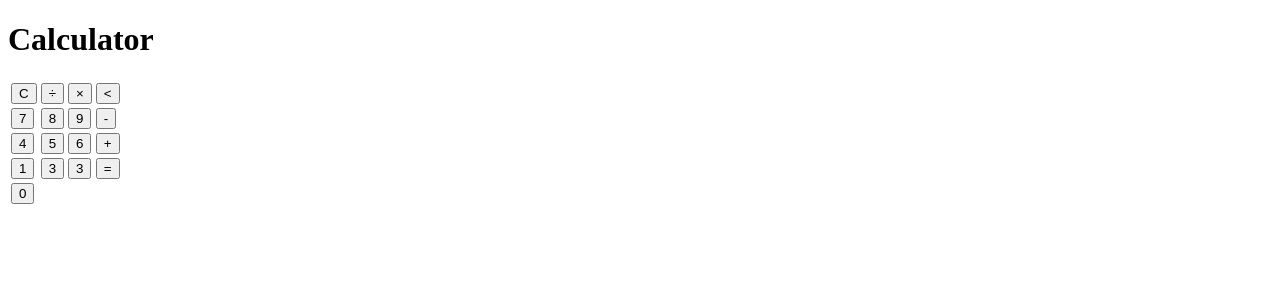
Repository: akhiranandan-04/Calculator
Page: index.html
The author's editor kept a copy of each file at every save. The page is drawn from the files as they stood at one save, then again after the next save.
The browser window is 1280 px wide. The pictures show the whole page.

Above is the page before, as saved 2024-10-06 13:31:13.

### index.html
<!DOCTYPE html>
<html lang="en">
<head>
    <meta charset="UTF-8">
    <meta name="viewport" content="width=device-width, initial-scale=1.0">
    <title>Calculator</title>
    <link rel="stylesheet" href="style.css">
</head>
<body>

    <div class="container">
        <div class="calculater dark">
            <div class="theme-toggler active">
                <i class="toggler-icon"></i>
            </div>
            <div class="display-screen">
                <div id="display"><h1>Calculator</h1></div>
            </div>
            <div class="buttons">
                <table>
                    <tr>
                        <td><button class="btn-operater" id="clear">C</button></td>
                        <td><button class="btn-operater" id="/">&divide;</button></td>
                        <td><button class="btn-operater" id="*">&times;</button></td>
                        <td><button class="btn-operater" id="backspace"><</button></td>
                    </tr>
                    <tr>
                        <td><button class="btn-num" id="7">7</button></td>
                        <td><button class="btn-num" id="8">8</button></td>
                        <td><button class="btn-num" id="9">9</button></td>
                        <td><button class="btn-operater" id="-">-</button></td>
                    </tr>
                    <tr>
                        <td><button class="btn-num" id="4">4</button></td>
                        <td><button class="btn-num" id="5">5</button></td>
                        <td><button class="btn-num" id="6">6</button></td>
                        <td><button class="btn-operater" id="+">+</button></td>
                    </tr>
                    <tr>
                        <td><button class="btn-num" id="1">1</button></td>
                        <td><button class="btn-num" id="2">3</button></td>
                        <td><button class="btn-num" id="3">3</button></td>
                        <td><button class="btn-equal" id="equal">=</button></td>
                    </tr>
                    <tr>
                        <td><button class="btn-num" id="0">0</button></td>

                    </tr>
                </table>
            </div>
        </div>
    </div>

    <script src="script.js"></script>

</body>
</html>

### script.js
const screen = document.getElementById('screen');
let expression = '';
let resultDisplayed = false;

// Function to update the screen
const updateScreen = (content) => {
    screen.innerText = content;
};

// Event listener for all number and operator buttons
document.querySelectorAll('.btn').forEach(button => {
    button.addEventListener('click', (e) => {
        const value = e.target.dataset.value;

        // Preventing multiple operators being pressed in a row
        if (resultDisplayed && !isNaN(value)) {
            expression = value;  // Reset expression after result is displayed
            resultDisplayed = false;
        } else {
            const lastChar = expression.slice(-1);

            // Check if the last character is an operator
            if (isNaN(lastChar) && isNaN(value) && value !== '.') {
                // Prevent entering two operators in a row
                return;
            }

            expression += value;
        }

        updateScreen(expression || '0');  // Display expression or 0 if empty
    });
});

// Event listener for the equal button
document.getElementById('equal').addEventListener('click', () => {
    try {
        // Replace custom operators with valid ones for evaluation
        let sanitizedExpression = expression.replace('÷', '/').replace('×', '*');

        // Evaluate the expression
        let result = eval(sanitizedExpression);

        if (isNaN(result) || !isFinite(result)) {
            throw new Error("Invalid calculation");
        }

        expression = result.toString();
        updateScreen(expression);
        resultDisplayed = true;  // Set flag to reset after displaying result
    } catch (error) {
        updateScreen('Error');
        expression = '';
    }
});

// Event listener for the clear button
document.getElementById('clear').addEventListener('click', () => {
    expression = '';
    updateScreen('0');
});

Loaded but not shown: style.css (no stored copy; drawn as an empty file)

After the next save:
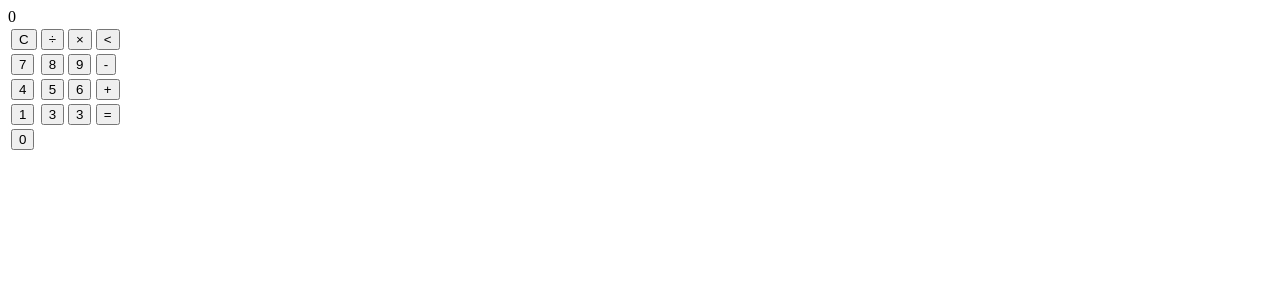
Saved 3 days later.
--- a/script.js
+++ b/script.js
@@ -1,61 +1,49 @@
-const screen = document.getElementById('screen');
-let expression = '';
-let resultDisplayed = false;
+// Get all necessary elements
+const display = document.getElementById('display');
+const clear = document.getElementById('clear');
+const backspace = document.getElementById('backspace');
+const equal = document.getElementById('equal');
+const buttons = document.querySelectorAll('.btn-num, .btn-operater');
 
-// Function to update the screen
-const updateScreen = (content) => {
-    screen.innerText = content;
-};
+let currentInput = '';
 
-// Event listener for all number and operator buttons
-document.querySelectorAll('.btn').forEach(button => {
-    button.addEventListener('click', (e) => {
-        const value = e.target.dataset.value;
+// Function to update the display screen
+function updateDisplay() {
+    display.innerHTML = currentInput || '0';
+}
 
-        // Preventing multiple operators being pressed in a row
-        if (resultDisplayed && !isNaN(value)) {
-            expression = value;  // Reset expression after result is displayed
-            resultDisplayed = false;
-        } else {
-            const lastChar = expression.slice(-1);
+// Handle button clicks
+buttons.forEach(button => {
+    button.addEventListener('click', () => {
+        const buttonText = button.innerText;
 
-            // Check if the last character is an operator
-            if (isNaN(lastChar) && isNaN(value) && value !== '.') {
-                // Prevent entering two operators in a row
-                return;
-            }
-
-            expression += value;
+        // If it's a number or operator, add to the current input
+        if (button.classList.contains('btn-num') || button.classList.contains('btn-operater')) {
+            currentInput += buttonText;
         }
 
-        updateScreen(expression || '0');  // Display expression or 0 if empty
+        // Handle backspace
+        if (button.id === 'backspace') {
+            currentInput = currentInput.slice(0, -1);
+        }
+
+        // Handle clear
+        if (button.id === 'clear') {
+            currentInput = '';
+        }
+
+        // Handle equal sign and calculate result
+        if (button.id === 'equal') {
+            try {
+                currentInput = eval(currentInput).toString();
+            } catch {
+                currentInput = 'Error';
+            }
+        }
+
+        updateDisplay();
     });
 });
 
-// Event listener for the equal button
-document.getElementById('equal').addEventListener('click', () => {
-    try {
-        // Replace custom operators with valid ones for evaluation
-        let sanitizedExpression = expression.replace('÷', '/').replace('×', '*');
-
-        // Evaluate the expression
-        let result = eval(sanitizedExpression);
-
-        if (isNaN(result) || !isFinite(result)) {
-            throw new Error("Invalid calculation");
-        }
-
-        expression = result.toString();
-        updateScreen(expression);
-        resultDisplayed = true;  // Set flag to reset after displaying result
-    } catch (error) {
-        updateScreen('Error');
-        expression = '';
-    }
-});
-
-// Event listener for the clear button
-document.getElementById('clear').addEventListener('click', () => {
-    expression = '';
-    updateScreen('0');
-});
+// Initial display
+updateDisplay();
